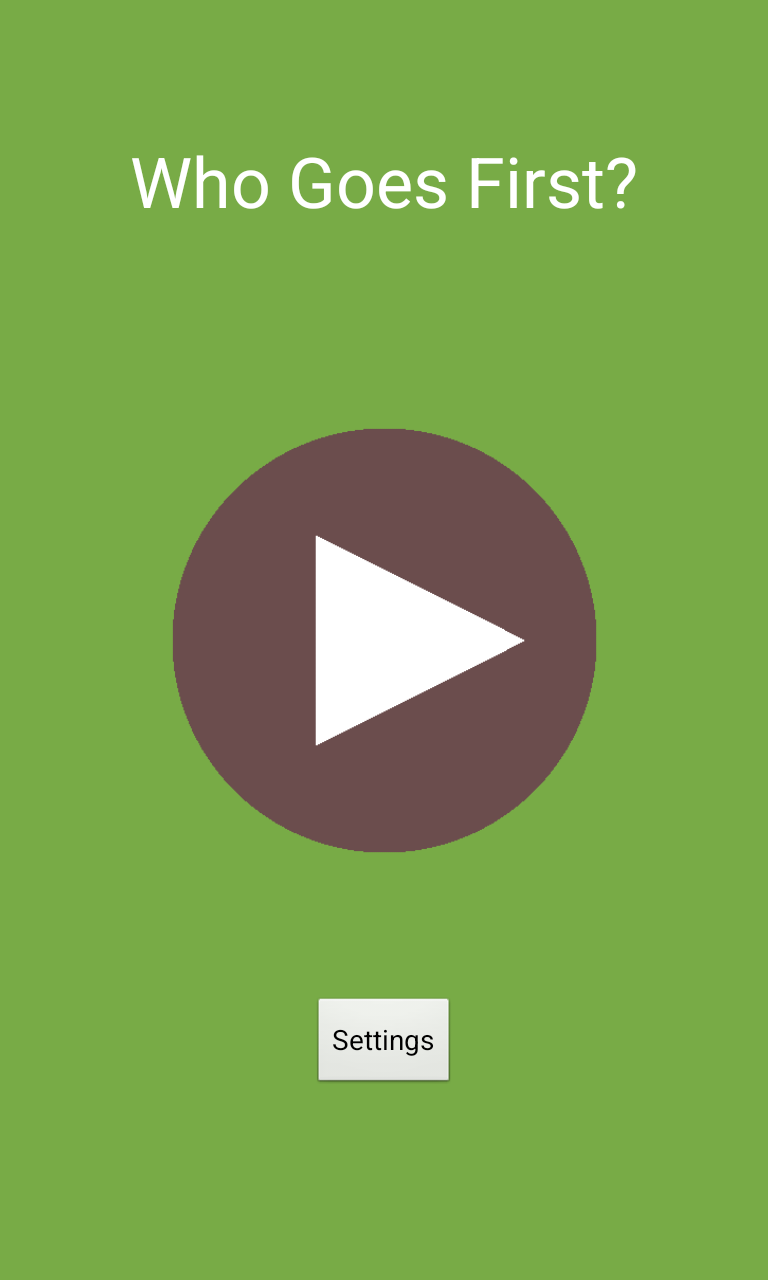
Repository: DarwinLYang/WhoGoesFirstApp
Layout: Who First/WhoFirst/res/layout/fragment_main.xml
An editor plug-in stored every save of this project. The layout is shown before and after the next save, followed by the edit.
It is drawn on a 768 x 1280 px phone screen (xhdpi) without system bars, with theme android:Theme.NoTitleBar.Fullscreen; the app's code is not run.

Above is the layout before, as saved 2014-04-11 21:11:46.

After the next save:
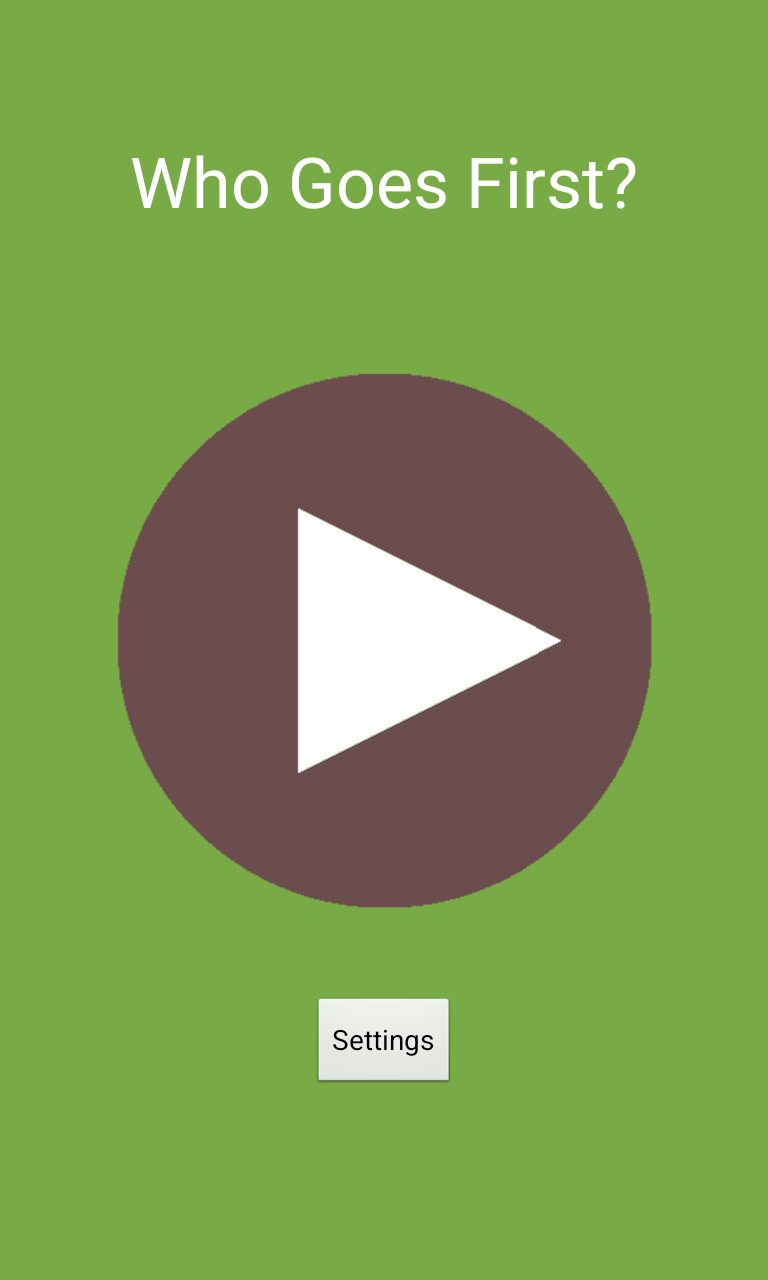
Saved 111 s later.
--- a/Who First/WhoFirst/res/layout/fragment_main.xml
+++ b/Who First/WhoFirst/res/layout/fragment_main.xml
@@ -27,6 +27,7 @@
         android:background="@drawable/start_button"
         android:contentDescription="@string/description_main_button"
         android:gravity="center_vertical|center_horizontal"
+        android:src="@drawable/start_button"
         android:onClick="questionScreen" />
 
     <Button
